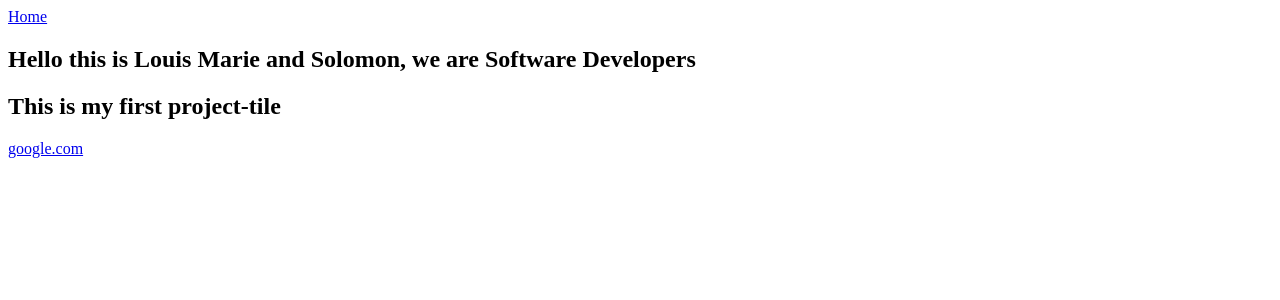
Repository: Achilles-Dev/Personal-Portfolio-Webpage
Page: index.html
The author's editor kept a copy of each file at every save. The page is drawn from the files as they stood at one save, then again after the next save.
The browser window is 1280 px wide. The pictures show the whole page.

Above is the page before, as saved 2021-12-28 13:47:27.

### index.html
<!DOCTYPE html>
<html lang="en">
  <head>
    <meta charset="UTF-8">
    <title>Fork Me! FCC: Test Suite Template</title>
    <link rel="stylesheet" href="css/style.css">
  </head>
  <body>
    <nav id="navbar">
            <a href="#">Home</a>
    </nav>
    <section id="welcome-section">
      <h1>Hello this is Louis Marie and Solomon, we are Software Developers</h1>
    </section>
    <section id="projects">
      <h2 class="project-tile"> This is my first project-tile</h2>
      <a href="https://www.google.com/">google.com</a>

    </section>


    <script src="https://cdn.freecodecamp.org/testable-projects-fcc/v1/bundle.js"></script>

    <script  src="js/index.js"></script>
  </body>
</html>

### js/index.js
// !! IMPORTANT README:

// You may add additional external JS and CSS as needed to complete the project, however the current external resource MUST remain in place for the tests to work. BABEL must also be left in place.

/***********
INSTRUCTIONS:
  - Select the project you would
    like to complete from the dropdown
    menu.
  - Click the "RUN TESTS" button to
    run the tests against the blank
    pen.
  - Click the "TESTS" button to see
    the individual test cases.
    (should all be failing at first)
  - Start coding! As you fulfill each
    test case, you will see them go
    from red to green.
  - As you start to build out your
    project, when tests are failing,
    you should get helpful errors
    along the way!
    ************/

// PLEASE NOTE: Adding global style rules using the * selector, or by adding rules to body {..} or html {..}, or to all elements within body or html, i.e. h1 {..}, has the potential to pollute the test suite's CSS. Try adding: * { color: red }, for a quick example!

// Once you have read the above messages, you can delete all comments.
"use strict";

Loaded but not shown: css/style.css (no stored copy; drawn as an empty file)

After the next save:
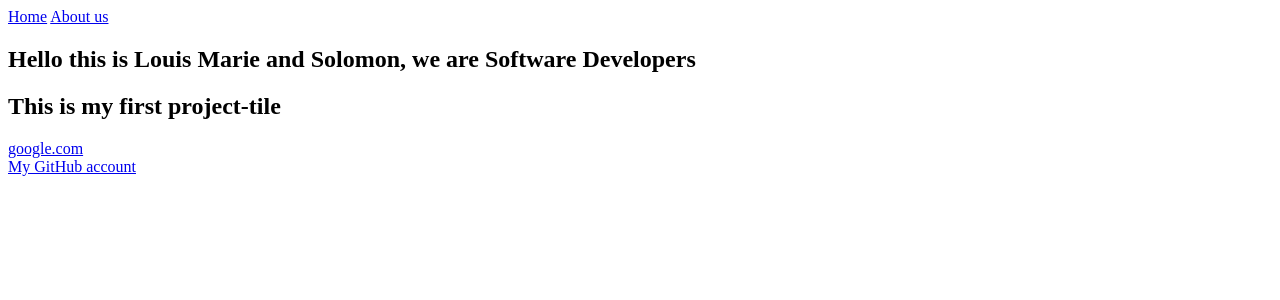
Saved 5 min 5 s later.
--- a/index.html
+++ b/index.html
@@ -8,17 +8,20 @@
   <body>
     <nav id="navbar">
             <a href="#">Home</a>
+            <a href="#">About us</a>
     </nav>
     <section id="welcome-section">
       <h1>Hello this is Louis Marie and Solomon, we are Software Developers</h1>
     </section>
+
     <section id="projects">
       <h2 class="project-tile"> This is my first project-tile</h2>
       <a href="https://www.google.com/">google.com</a>
-
     </section>
 
-
+<section id="profile-link">
+  <a href="https://github.com/">My GitHub account</a>
+</section>
     <script src="https://cdn.freecodecamp.org/testable-projects-fcc/v1/bundle.js"></script>
 
     <script  src="js/index.js"></script>
